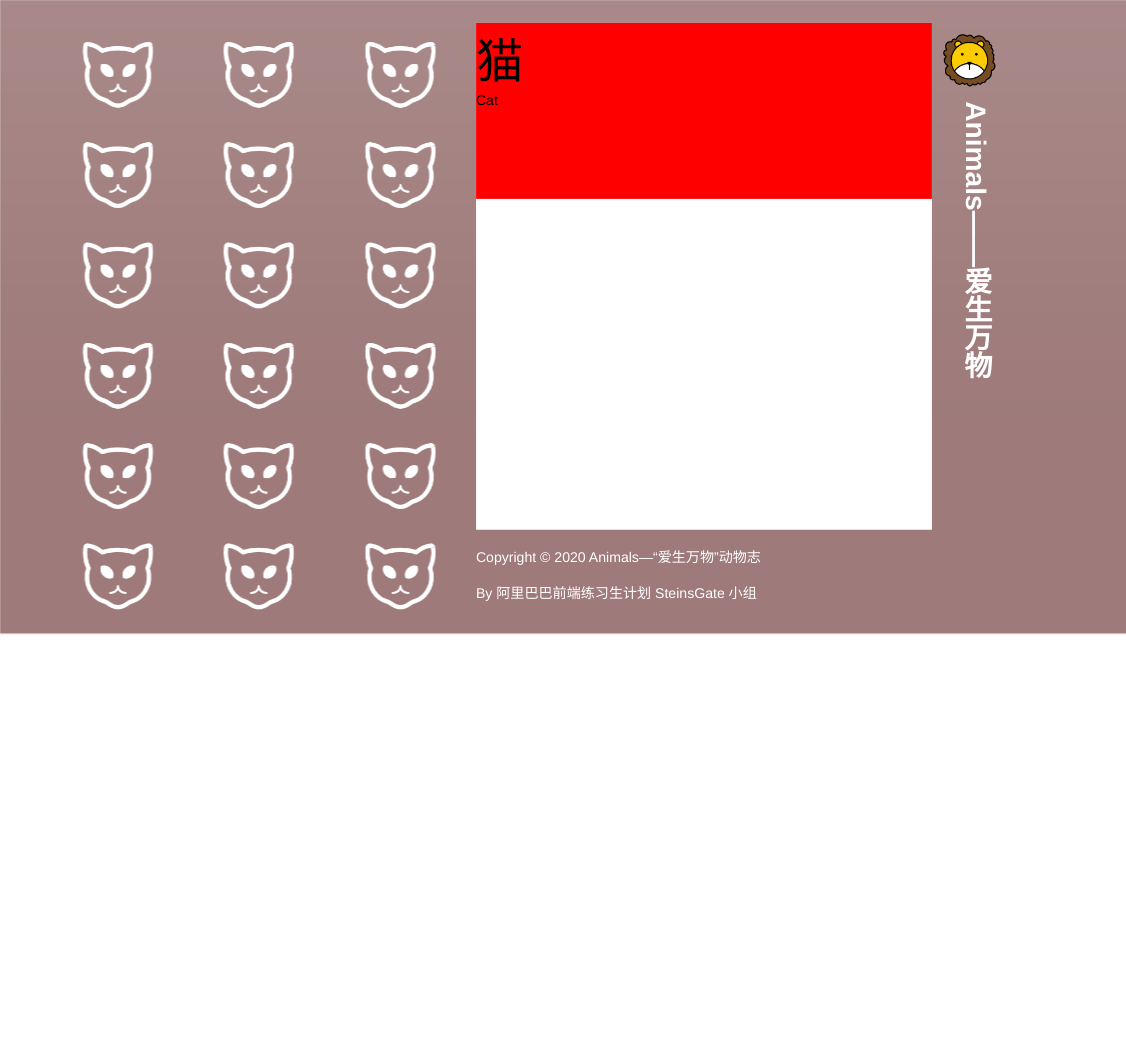
Repository: Whiskeyi/Animals
Page: /
An editor plug-in stored every save of this project. The page is shown before and after the next save, followed by the edit.
The browser window is 1280 px wide. The pictures show the whole page, at 88% of full size.
The project was rebuilt for these pictures with package versions that can differ from the ones it lists, and the page was loaded fresh each time.

Above is the page before, as saved 2021-11-15 23:49:53.

### public/index.html
<!DOCTYPE html>
<html lang="en">
  <head>
    <meta charset="utf-8">
    <meta http-equiv="X-UA-Compatible" content="IE=edge">
    <meta name="viewport" content="width=device-width,initial-scale=1.0">
    <link rel="icon" href="<%= BASE_URL %>favicon.ico">
    <title>Animals</title>
  </head>
  <body>
    <noscript>
      <strong>We're sorry but animals doesn't work properly without JavaScript enabled. Please enable it to continue.</strong>
    </noscript>
    <div id="app"></div>
    <!-- built files will be auto injected -->
  </body>
</html>

### src/main.js
import Vue from 'vue'
import App from './App.vue'
import router from './router'
import store from './store'
import './plugins/element.js' // 引入element-ui

Vue.config.productionTip = false

new Vue({
  router,
  store,
  render: h => h(App)
}).$mount('#app')

### src/App.vue
<template>
  <div id="app">
    <!-- 入口 -->
    <router-view/>
  </div>
</template>

<style lang="scss">
#app {
  font-family: 'Avenir', Helvetica, Arial, sans-serif;
  -webkit-font-smoothing: antialiased;
  -moz-osx-font-smoothing: grayscale;
}

html, body {  // 去除白边
    width: 100%;
    height: 100%;
    margin: 0;
    padding: 0;
    position: relative;
}

</style>

### src/router.js
// 路由
import Vue from 'vue'
import Router from 'vue-router'
import Home from './views/Home.vue'

Vue.use(Router)

export default new Router({
  mode: 'history',
  base: process.env.BASE_URL,
  routes: [
    {
      path: '/',
      name: 'home',
      component: Home
    }
  ]
})

### src/plugins/element.js
// 引入element-ui
import Vue from 'vue'

import ElementUI from 'element-ui';
import 'element-ui/lib/theme-chalk/index.css';

Vue.use(ElementUI);

### src/views/Home.vue
<template>
  <div class="home">
    <!-- 背景+光泽效果 -->
    <div class="bg">
      <Gloss></Gloss>
    </div>
    <!-- 页面容器 -->
    <div class="container">
      <!-- 左侧展示模块 -->
      <div id="leftContainer">
        <LeftMain></LeftMain>
      </div>
      <!-- 右侧展示模块 -->
      <div id="rightContainer">
        <!-- 输出信息 -->
          <Info></Info>
          <!-- 右侧标题 -->
          <RightHead></RightHead>
          <!-- 尾部 -->
          <Footer></Footer>
      </div>
    </div>
  </div>
</template>

<script>
// @ is an alias to /src
// 组件引入
import Gloss from '@/components/Gloss'
import Footer from '@/components/Footer'
import Info from '@/components/Info'
import RightHead from '@/components/right-head'
import LeftMain from '@/components/left-main'

export default {
  name: 'home',
  components: {
    Gloss,Footer,Info,RightHead,LeftMain
  }
}
</script>

<style lang="scss" scoped>
.home {
  // 滚动条样式修改（待定）
}
.bg {
  height: 100%;
  width: 100%;
  background-color:rgb(158, 122, 122);
  position: fixed;
  transition: background-color 2s ease-in; // 背景颜色2S过渡
  filter: blur(0.5px); // 背景高斯模糊
  // z-index: -9; //暂时注释,影响调试
}
#leftContainer {
  position: absolute;
  left: 10%;
  width: 30%;
  height: 100%;
  margin: 0 auto;
}
#rightContainer {
  position: fixed;
  right: 10%;
  width: 50%;
  height: 100%;
  margin: 0 auto;
}
@media screen and (max-width: 1440px) { // 屏幕小于1440px样式
  #leftContainer {
  position: absolute;
  left: 5%;
  width: 36%;
  height: 100%;
  margin: 0 auto;
}
#rightContainer {
  position: fixed;
  right: 5%;
  width: 54%;
  height: 100%;
  margin: 0 auto;
}
}
</style>

### src/components/Gloss/index.vue
<template>
<!-- 实现光泽效果,丰富背景颜色 -->
<div id="gloss"></div>
</template>

<script>
export default {

}
</script>

<style lang="scss" scoped>
#gloss {
    position: fixed;
    width: 100%;
    height: 478px;
    background: url('../../assets/gloss.png') repeat-x;
    // z-index: -8;  //暂时注释,影响调试
}
</style>

### src/components/Footer/index.vue
<template>
  <div class="footerContainer">
      <p>Copyright © 2020 Animals—“爱生万物”动物志</p>
      <p>By 阿里巴巴前端练习生计划 SteinsGate 小组</p>
  </div>
</template>

<script>
export default {

}
</script>

<style lang="scss" scoped>
.footerContainer {
    position: fixed;
    bottom: 0;
    font-size: 1rem;
    color:#fff;
    margin:0 0 20px 16px;
}
</style>

### src/components/Info/index.vue
<template>
  <div class="infoContainer">
    <Introduce></Introduce>
    <HabbitVoice></HabbitVoice>
    <IntroduceBottom></IntroduceBottom>
  </div>
</template>

<script>
import Introduce from './Introduce'
import HabbitVoice from './habbit-voice'
import IntroduceBottom from './introduce-bottom'
export default {
  name: 'Info',
  components: {
    Introduce, HabbitVoice, IntroduceBottom
  }
}
</script>

<style lang="scss" scoped>
.infoContainer {
    float: left;
    z-index: 10000;
    width: 82%;
    height: 80%;
    margin: 26px 0 0 16px;
    background-color: #fff;
}
.infoContainer logo {
    position: absolute;
}
@media screen and (max-width: 1440px) { // 屏幕小于1440px样式
  .infoContainer {
    float: left;
    z-index: 10000;
    width: 75%;
    height: 80%;
    margin: 26px 0 0 16px;
    background-color: #fff;
}
}
</style>

### src/components/right-head/index.vue
<template>
  <div class="rightHeadContainer">
      <el-image class="logo" alt="logo" :src="require('@/icons/index.png')"></el-image>
      <h1 class="vertical">Animals——爱生万物</h1>
  </div>
</template>

<script>
export default {

}
</script>

<style lang="scss" scoped>
.rightHeadContainer {
    float: left;
    height: 400px;
    width: 100px;
    margin: 26px 0 0 16px;
}
.vertical {
    writing-mode: vertical-lr;
    padding-left: 5px;
    color: #fff;
}
@media screen and (max-width: 1440px) { // 屏幕小于1440px样式
    .rightHeadContainer {
        float: left;
        height: 400px;
        width:85px;
        margin: 26px 0 0 0;
    }
    .vertical {
        writing-mode: vertical-lr;
        padding-right: 0;
        color: #fff;
    }
}
</style>

### src/components/left-main/index.vue
<template>
  <div class="leftContainer">
    <el-row :gutter="20" type="flex" justify="center">
      <el-col :span="8">
        <el-image class="logo" alt="logo" :src="require('@/icons//animals/cat.png')"></el-image>
      </el-col>
      <el-col :span="8">
        <el-image class="logo" alt="logo" :src="require('@/icons//animals/cat.png')"></el-image>
      </el-col>
      <el-col :span="8">
        <el-image class="logo" alt="logo" :src="require('@/icons//animals/cat.png')"></el-image>
      </el-col>
    </el-row>
    <el-row :gutter="20" type="flex" justify="center">
      <el-col :span="8">
        <el-image class="logo" alt="logo" :src="require('@/icons//animals/cat.png')"></el-image>
      </el-col>
      <el-col :span="8">
        <el-image class="logo" alt="logo" :src="require('@/icons//animals/cat.png')"></el-image>
      </el-col>
      <el-col :span="8">
        <el-image class="logo" alt="logo" :src="require('@/icons//animals/cat.png')"></el-image>
      </el-col>
    </el-row>
    <el-row :gutter="20" type="flex" justify="center">
      <el-col :span="8">
        <el-image class="logo" alt="logo" :src="require('@/icons//animals/cat.png')"></el-image>
      </el-col>
      <el-col :span="8">
        <el-image class="logo" alt="logo" :src="require('@/icons//animals/cat.png')"></el-image>
      </el-col>
      <el-col :span="8">
        <el-image class="logo" alt="logo" :src="require('@/icons//animals/cat.png')"></el-image>
      </el-col>
    </el-row>
    <el-row :gutter="20" type="flex" justify="center">
      <el-col :span="8">
        <el-image class="logo" alt="logo" :src="require('@/icons//animals/cat.png')"></el-image>
      </el-col>
      <el-col :span="8">
        <el-image class="logo" alt="logo" :src="require('@/icons//animals/cat.png')"></el-image>
      </el-col>
      <el-col :span="8">
        <el-image class="logo" alt="logo" :src="require('@/icons//animals/cat.png')"></el-image>
      </el-col>
    </el-row>
    <el-row :gutter="20" type="flex" justify="center">
      <el-col :span="8">
        <el-image class="logo" alt="logo" :src="require('@/icons//animals/cat.png')"></el-image>
      </el-col>
      <el-col :span="8">
        <el-image class="logo" alt="logo" :src="require('@/icons//animals/cat.png')"></el-image>
      </el-col>
      <el-col :span="8">
        <el-image class="logo" alt="logo" :src="require('@/icons//animals/cat.png')"></el-image>
      </el-col>
    </el-row>
    <el-row :gutter="20" type="flex" justify="center">
      <el-col :span="8">
        <el-image class="logo" alt="logo" :src="require('@/icons//animals/cat.png')"></el-image>
      </el-col>
      <el-col :span="8">
        <el-image class="logo" alt="logo" :src="require('@/icons//animals/cat.png')"></el-image>
      </el-col>
      <el-col :span="8">
        <el-image class="logo" alt="logo" :src="require('@/icons//animals/cat.png')"></el-image>
      </el-col>
    </el-row>
    <el-row :gutter="20" type="flex" justify="center">
      <el-col :span="8">
        <el-image class="logo" alt="logo" :src="require('@/icons//animals/cat.png')"></el-image>
      </el-col>
      <el-col :span="8">
        <el-image class="logo" alt="logo" :src="require('@/icons//animals/cat.png')"></el-image>
      </el-col>
      <el-col :span="8">
        <el-image class="logo" alt="logo" :src="require('@/icons//animals/cat.png')"></el-image>
      </el-col>
    </el-row>
    <el-row :gutter="20" type="flex" justify="center">
      <el-col :span="8">
        <el-image class="logo" alt="logo" :src="require('@/icons//animals/cat.png')"></el-image>
      </el-col>
      <el-col :span="8">
        <el-image class="logo" alt="logo" :src="require('@/icons//animals/cat.png')"></el-image>
      </el-col>
      <el-col :span="8">
        <el-image class="logo" alt="logo" :src="require('@/icons//animals/cat.png')"></el-image>
      </el-col>
    </el-row>
    <el-row :gutter="20" type="flex" justify="center">
      <el-col :span="8">
        <el-image class="logo" alt="logo" :src="require('@/icons//animals/cat.png')"></el-image>
      </el-col>
      <el-col :span="8">
        <el-image class="logo" alt="logo" :src="require('@/icons//animals/cat.png')"></el-image>
      </el-col>
      <el-col :span="8">
        <el-image class="logo" alt="logo" :src="require('@/icons//animals/cat.png')"></el-image>
      </el-col>
    </el-row>
    <el-row :gutter="20" type="flex" justify="center">
      <el-col :span="8">
        <el-image class="logo" alt="logo" :src="require('@/icons//animals/cat.png')"></el-image>
      </el-col>
      <el-col :span="8">
        <el-image class="logo" alt="logo" :src="require('@/icons//animals/cat.png')"></el-image>
      </el-col>
      <el-col :span="8">
        <el-image class="logo" alt="logo" :src="require('@/icons//animals/cat.png')"></el-image>
      </el-col>
    </el-row>
  </div>
</template>

<script>
export default {

}
</script>

<style lang="scss" scoped>
.leftContainer {
  padding: 30px 0;
  width: 100%;
  text-align: center;
}
.leftContainer .logo {
  width: 110px;
  height: 110px;
  padding: 20px 0;
}
 @media screen and (max-width: 1440px) { // 屏幕小于1440px样式
  .leftContainer .logo {
    height: 80px;
    width: 80px;
    padding: 15px 0;
  }
 }
</style>

### src/components/Info/Introduce/index.vue
<template>
  <div class="introduce">
      <el-row>
          <el-col :span="8">
              <div class="title">猫</div>
              <div class="subTitle">Cat</div>
          </el-col>
          <el-col :span="16"></el-col>
      </el-row>
  </div>
</template>

<script>
export default {

}
</script>

<style lang="scss" scoped>
.introduce {
    background-color: red;
    height: 200px;
}
.title {
    font-size: 54px;
}
</style>

### src/components/Info/habbit-voice/index.vue
<template>

</template>

<script>
export default {

}
</script>

<style lang="scss" scoped>

</style>

### src/components/Info/introduce-bottom/index.vue
<template>
</template>

<script>
export default {

}
</script>

<style lang="scss" scoped>

</style>

Loaded but not shown: src/store.js (common file)

After the next save:
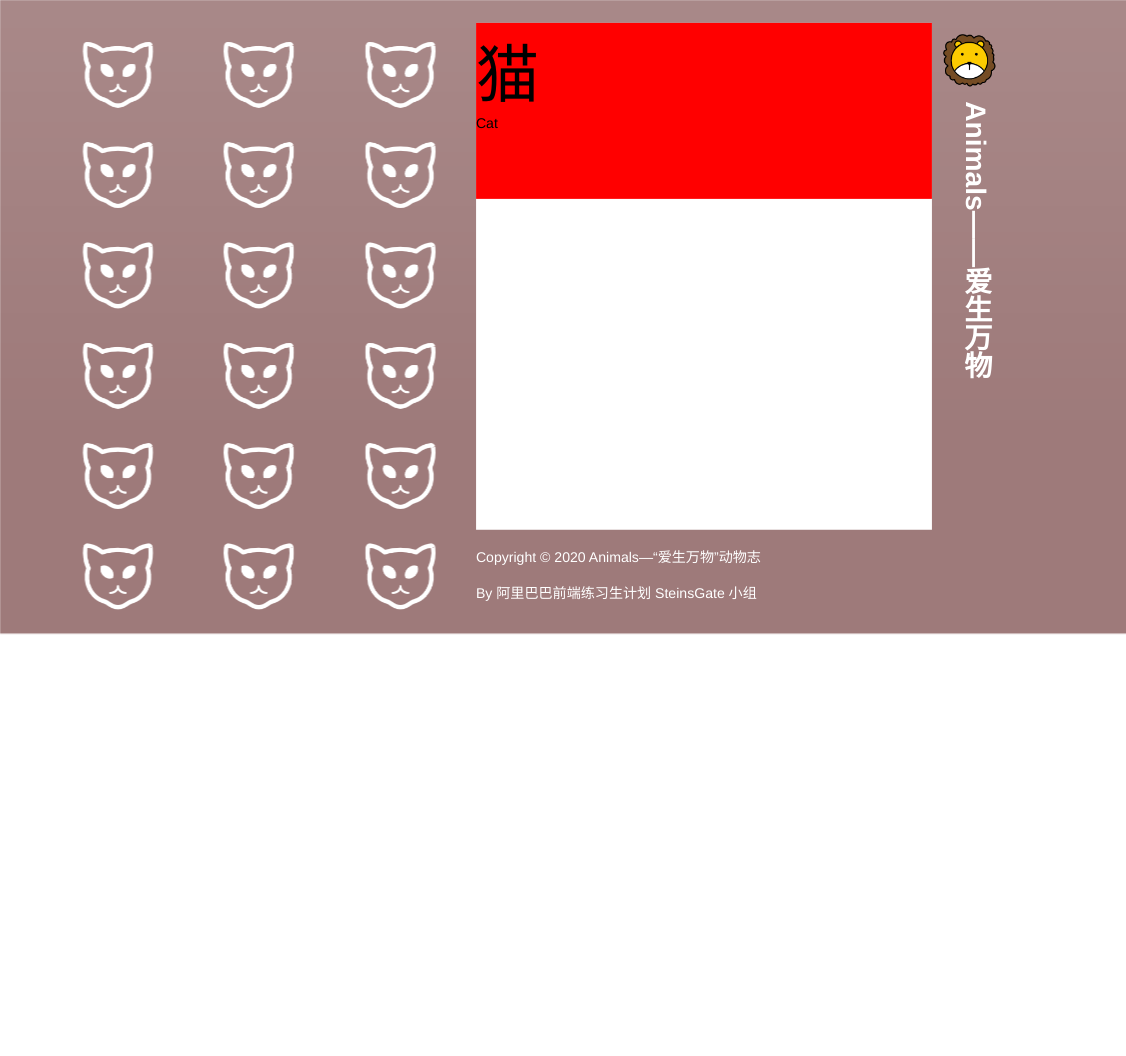
Saved 6 s later.
--- a/src/components/Info/Introduce/index.vue
+++ b/src/components/Info/Introduce/index.vue
@@ -22,6 +22,6 @@ export default {
     height: 200px;
 }
 .title {
-    font-size: 54px;
+    font-size: 72px;
 }
 </style>
